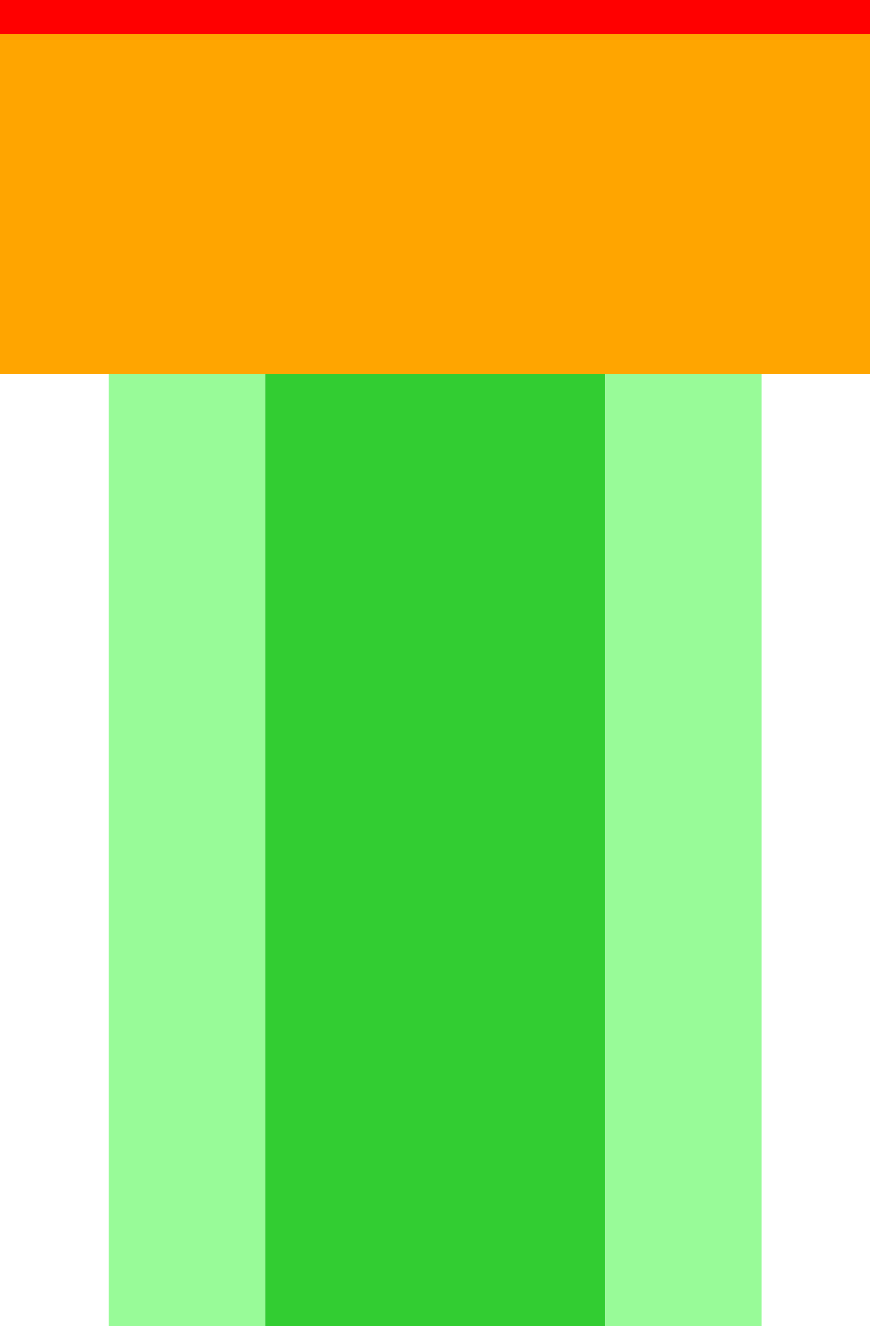
Repository: RAM-OK/git-practice
Page: chapter4/index.html
The author's editor kept a record of every edit. The page is drawn from the files as they stood at one moment, then again after the next edit.
The browser window is 1280 px wide. The pictures show the whole page, at 68% of full size.

Above is the page before.

### chapter4/index.html
<!DOCTYPE html>
<html lang="ja">
  <head>
    <meta charset="UTF-8" />
    <title>GOOD TIME</title>
    <link rel="stylesheet" href="style.css">
  </head>

  <body>
     <div class="header"></div>
     <div class="main-visual"></div>
     <div class="main">
       <div class="sidebar-left"></div>
       <div class="blog"></div>
       <div class="sidebar-right"></div>
    </div>
  </body>
</html>

### chapter4/style.css
* {
  margin: 0;
  padding: 0;
  box-sizing: border-box;
}

.main-visual {
  width: 100%;
  height: 500px;
  background-color: orange;
}

.header {
  width: 100%;
  height: 50px;
  background-color: red;
}

.main {
  width: 960px;
  margin: 0 auto;
  display: flex;
  justify-content: center;
}

.sidebar-left {
  width: 230px;
  height: 1400px;
  background-color: palegreen;
}

.blog {
  width: 500px;
  height: 1400px;
  background-color: limegreen;
}

.sidebar-right {
  width: 230px;
  height: 1400px;
  background-color: palegreen;
}

.footer {
  width: 100%;
  height: 100px;
  background-color: blue;
}

After the next edit:
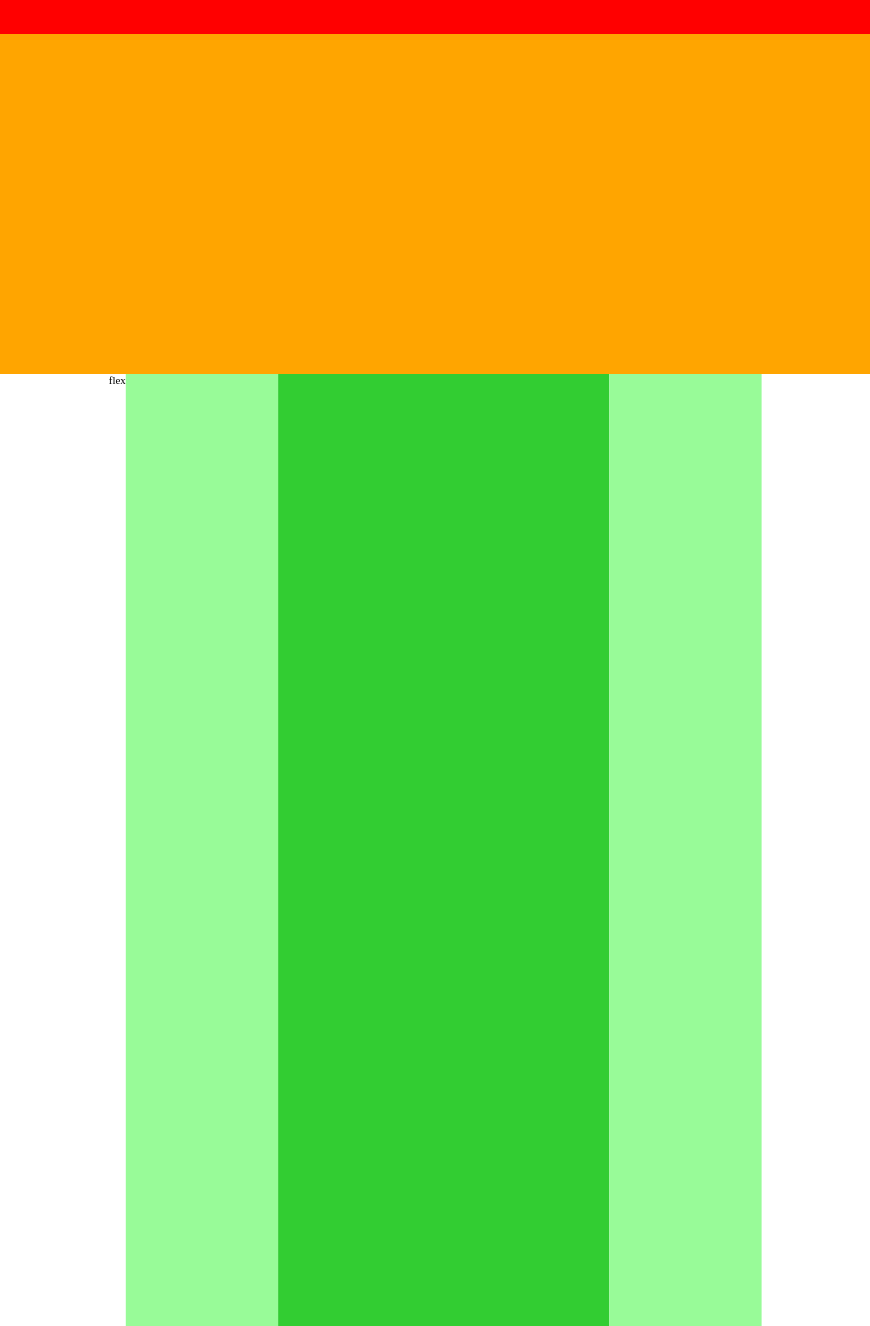
The edit:
--- a/chapter4/index.html
+++ b/chapter4/index.html
@@ -9,7 +9,7 @@
   <body>
      <div class="header"></div>
      <div class="main-visual"></div>
-     <div class="main">
+     <div class="main">flex
        <div class="sidebar-left"></div>
        <div class="blog"></div>
        <div class="sidebar-right"></div>
